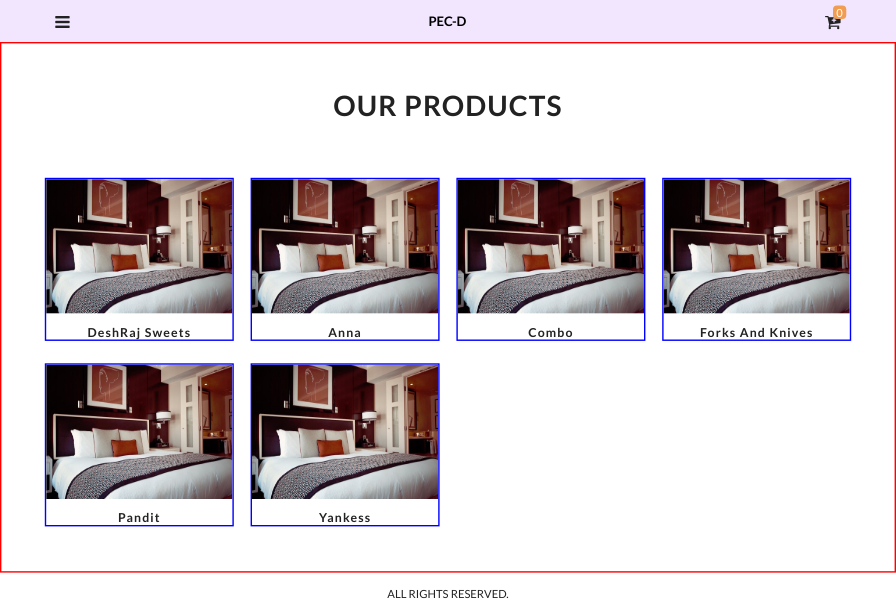
Repository: CHIR4G7/PEC-D
Page: http://localhost/
An editor plug-in stored every save of this project. The page is shown before and after the next save, followed by the edit.
The browser window is 1280 px wide. The pictures show the part of the page from y = 0 to 1920 px (the page is 857 px tall before and 4724 px after), at 70% of full size.
The page is served by the project's Node server (app.js).

Above is the page before, as saved 2023-07-08 00:50:55.

After the next save:
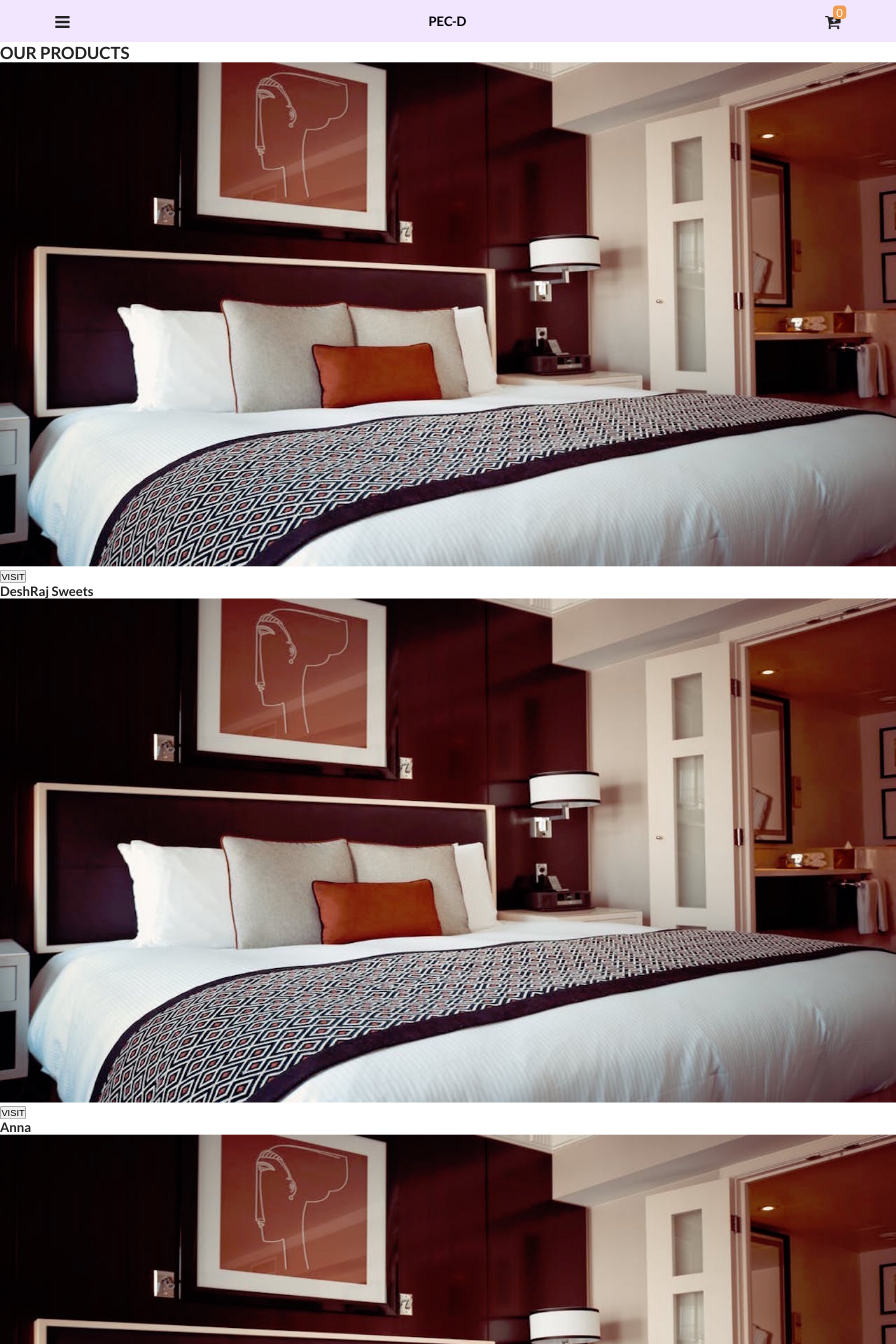
Saved 4 min 36 s later.
--- a/public/css/style.css
+++ b/public/css/style.css
@@ -110,7 +110,7 @@ body {
 
 
   /* products */
-  .products {
+  /* .products {
     padding: 4rem 0;
     border: 2px solid red;
   }
@@ -186,7 +186,7 @@ body {
     color: var(--primaryColor);
     text-align: center;
   }
-
+   */
 
   /* cart */
   .cart-overlay {
